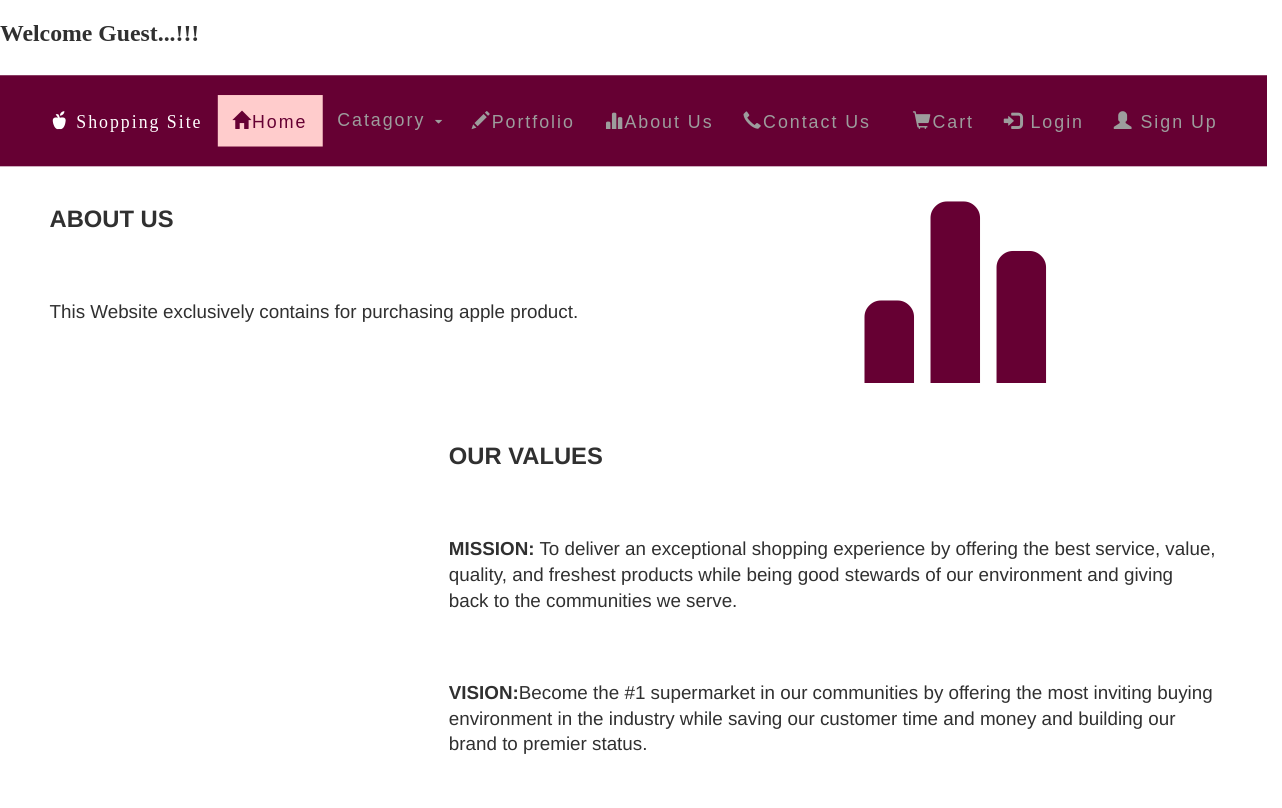
Repository: priyasuthakar/priya
Page: http://localhost/Apple/WEB-INF/views/about.jsp
These files come from the project's save history. The page is drawn as it stood at one moment and after the next save; the edit follows.
The browser window is 1280 px wide. The page is 1280 px wide, then 1295 px, so the pictures cover 1295 px, including what lies to the right of the window. The pictures show the whole page, at 99% of full size.
The page is served by Tomcat 9. Nobody is signed in. Other server files are loaded and not shown. The template is opened directly, without the code that normally fills it, so the values that code supplies are empty.

Above is the page before, as saved 2016-08-23 02:40:16.

### Apple/src/main/webapp/WEB-INF/views/about.jsp
<%@ page language="java" contentType="text/html; charset=ISO-8859-1"
	pageEncoding="ISO-8859-1"%>
<%@ taglib uri="http://java.sun.com/jsp/jstl/core" prefix="c"%>
<%@ taglib uri="http://www.springframework.org/tags" prefix="spring"%>
<%@ taglib uri="http://www.springframework.org/tags/form" prefix="form"%>
<%@ page session="false"%>
<%@page isELIgnored="false"%>
<%@include file="Header.jsp"%>
<!DOCTYPE html>
<html lang="en">
<head>
<title>My Shopping</title>
<meta charset="utf-8">
<meta name="viewport" content="width=device-width, initial-scale=1">
<link rel="stylesheet"
	href="http://maxcdn.bootstrapcdn.com/bootstrap/3.3.6/css/bootstrap.min.css">
<!-- <link href="http://fonts.googleapis.com/css?family=Montserrat"
	rel="stylesheet" type="text/css">
<link href="http://fonts.googleapis.com/css?family=Lato"
	rel="stylesheet" type="text/css">
 -->
<script
	src="https://ajax.googleapis.com/ajax/libs/jquery/1.12.4/jquery.min.js"></script>
<script
	src="http://maxcdn.bootstrapcdn.com/bootstrap/3.3.6/js/bootstrap.min.js"></script>
<style>
body {
	font: 400 15px Helvetica, sans-serif;
	line-height: 1.8;
	color: #818181;
}

h1 {
	font-size: 24px;
	color: #303030;
	font-weight: 600;
	margin-bottom: 30px;
	font-size: 24px;
}

h2 {
	font-size: 24px;
	text-transform: uppercase;
	color: #303030;
	font-weight: 600;
	margin-bottom: 30px;
}

h4 {
	font-size: 19px;
	line-height: 1.375em;
	color: #303030;
	font-weight: 400;
	margin-bottom: 30px;
}

.bg-grey {
	background-color: #FFCCCC;
	color: black;
	font-family: Montserrat, sans-serif;
}

.logo {
	color: #660033;
	font-size: 200px;
}

.thumbnail {
	padding: 0 0 15px 0;
	border: none;
	border-radius: 0;
}

.thumbnail img {
	width: 100%;
	height: 100%;
	margin-bottom: 10px;
}

.carousel-control.right, .carousel-control.left {
	background-image: none;
	color: #660033;
}

.carousel-indicators li {
	border-color: #660033;
}

.carousel-indicators li.active {
	background-color: #660033;
}

.carousel-inner>.item>img, .carousel-inner>.item>a>img {
	width: 250%;
	margin: auto;
}

.tales {
	width: 200%;
}

.carousel-inner {
	max-height: 600px !important;
}

.item h4 {
	font-size: 19px;
	line-height: 1.375em;
	font-weight: 400;
	font-style: italic;
	margin: 70px 0;
}

.item span {
	font-style: normal;
}

.container-fluid {
	padding: 20px 50px;
}

.navbar {
	margin-bottom: 0;
	background-color: #660033;
	z-index: 9999;
	border: 0;
	font-size: 18px !important;
	line-height: 1.42857143 !important;
	letter-spacing: 2px;
	border-radius: 0;
	font-family: Montserrat, sans-serif;
}

.navbar .navbar-brand {
	color: #FFFFFF !important;
}

.navbar .li a {
	color: #FFF !important;
}

.navbar-nav li a:hover, .navbar-nav li.active a {
	color: #660033 !important;
	background-color: #FFCCCC !important;
}

.navbar-default .navbar-toggle {
	border-color: transparent;
	color: #FFCCCC !important;
}

footer .glyphicon {
	font-size: 24px;
	margin-bottom: 20px;
	color: #660033;
}

.slideanim {
	visibility: hidden;
}

.slide {
	animation-name: slide;
	-webkit-animation-name: slide;
	animation-duration: 1s;
	-webkit-animation-duration: 1s;
	visibility: visible;
}

@media screen and (max-width: 768px) {
	.col-sm-4 {
		text-align: center;
		margin: 25px 0;
	}
	.btn-lg {
		width: 100%;
		margin-bottom: 35px;
	}
}

@media screen and (max-width: 480px) {
	.logo {
		font-size: 150px;
	}
}
</style>

</head>

<body>
<!-- Container (About Section) -->
	<div id="about" class="container-fluid">
		<div class="row">
			<div class="col-sm-8">
				<h2>About Us</h2>
				<br>
				<h4>
					<p>This Website exclusively contains for purchasing apple
						product.</p>
				</h4>
			</div>
			<div class="col-sm-4">
				<span class="glyphicon glyphicon-stats logo"></span>
			</div>
		</div>
	</div>

	<div class="container-fluid ">
		<div class="row">
			<div class="col-sm-4">
				<span class="glyphicon glyphicon-globe logo slideanim"></span>
			</div>
			<div class="col-sm-8">
				<h2>Our Values</h2>
				<br>
				<h4>
					<strong>MISSION:</strong> To deliver an exceptional shopping
					experience by offering the best service, value, quality, and
					freshest products while being good stewards of our environment and
					giving back to the communities we serve.
				</h4>
				<br>
				<h4>
					<strong>VISION:</strong>Become the #1 supermarket in our
					communities by offering the most inviting buying environment in the
					industry while saving our customer time and money and building our
					brand to premier status.
				</h4>
			</div>
		</div>
	</div>

	</body>
	</html>

### Apple/src/main/webapp/WEB-INF/views/Header.jsp
<%@ page language="java" contentType="text/html; charset=ISO-8859-1"
	pageEncoding="ISO-8859-1"%>
<%@ taglib uri="http://java.sun.com/jsp/jstl/core" prefix="c"%>
<!DOCTYPE html PUBLIC "-//W3C//DTD HTML 4.01 Transitional//EN" "http://www.w3.org/TR/html4/loose.dtd">
<html>
<head>
<meta http-equiv="Content-Type" content="text/html; charset=ISO-8859-1">
</head>
<body>
	<c:choose>
		<c:when test="${empty loggedInUser}">
			<font face="Harlow Solid Italic"><h1>Welcome Guest...!!!</h1></font>
		</c:when>
		<c:when test="${not empty loggedInUser}">
			<font face="Harlow Solid Italic"><h1>${loggedInUser}</h1></font>
		</c:when>
	</c:choose>
	<nav class="navbar navbar-inverse">
	<div class="container-fluid">
		<div class="navbar-header">
			<a class="navbar-brand"> <span class="glyphicon glyphicon-apple"></span>
				<font face="Script MT Bold"> Shopping Site </font>
			</a>
		</div>
		<ul class="nav navbar-nav">
			<li class="active"><a href="Home"><span
					class="glyphicon glyphicon-home"></span>Home</a></li>
			<li class="dropdown"><a class="dropdown-toggle"
				data-toggle="dropdown" href="#"> Catagory <span class="caret"></span></a>
				<ul class="dropdown-menu">
					<li><a href="product1">Desktop</a></li>
					<li><a href="product1">Laptop</a></li>
					<li><a href="product1">Iphone</a></li>
					<li><a href="product1">Ipad</a></li>
					<li><a href="product1">Ipod</a></li>
					<li><a href="product1">Accessories</a></li>
				</ul></li>
			<li><a href="portfolio"><span
					class="glyphicon glyphicon-pencil"></span>Portfolio</a></li>
			<li><a href="about"><span class="glyphicon glyphicon-stats"></span>About
					Us</a></li>
			<li><a href="contactus"><span
					class="glyphicon glyphicon-earphone"></span>Contact Us</a></li>
		</ul>
		<ul class="nav navbar-nav navbar-right">
			<li><a href="cart"><span
					class="glyphicon glyphicon-shopping-cart"></span>Cart</a></li>
			<c:choose>
				<c:when test="${empty loggedInUser}">
					<li><a href="login"><span
							class="glyphicon glyphicon-log-in"></span> Login</a></li>
					<li><a href="reg"><span class="glyphicon glyphicon-user"></span>
							Sign Up</a></li>
				</c:when>
				<c:when test="${not empty loggedInUser}">
					<li><a href="logout"><span
							class="glyphicon glyphicon-user"></span> Logout</a></li>
				</c:when>
			</c:choose>
		</ul>
	</div>
	</nav>
</body>
</html>

### Apple/src/main/webapp/WEB-INF/views/Footer.jsp
<%@ page language="java" contentType="text/html; charset=ISO-8859-1"
    pageEncoding="ISO-8859-1"%>
<!DOCTYPE html PUBLIC "-//W3C//DTD HTML 4.01 Transitional//EN" "http://www.w3.org/TR/html4/loose.dtd">
<html>
<head>
<meta http-equiv="Content-Type" content="text/html; charset=ISO-8859-1">
<title>footer</title>
</head>
<body>
<nav>
<ul class="nav navbar-nav navbar-right">
<footer class="container-fluid bg-4 text-center">
  <font face="Harlow Solid Italic" color="#FFFFF"><h1>Copyright (C) 2015-2016 by shoppingsite.com </h1></font>
</footer>
</ul>
</nav>
</body>
</html>

After the next save:
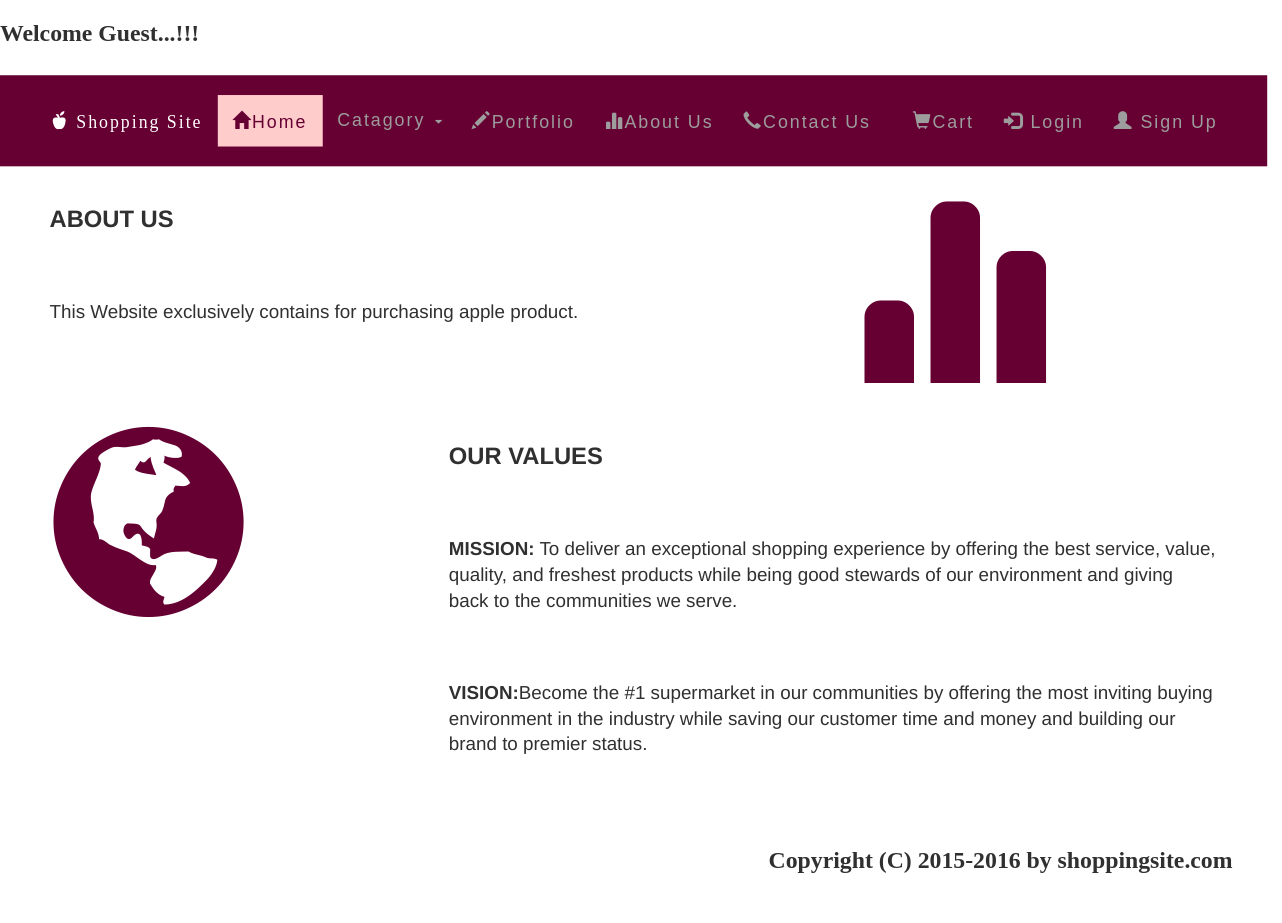
Saved 34 s later.
--- a/Apple/src/main/webapp/WEB-INF/views/about.jsp
+++ b/Apple/src/main/webapp/WEB-INF/views/about.jsp
@@ -229,6 +229,45 @@ footer .glyphicon {
 			</div>
 		</div>
 	</div>
+<script>
+		$(document).ready(
+				function() {
+					// Add smooth scrolling to all links in navbar + footer link
+					$(".navbar a, footer a[href='#myPage']").on('click',
+							function(event) {
+								// Make sure this.hash has a value before overriding default behavior
+								if (this.hash !== "") {
+									// Prevent default anchor click behavior
+									event.preventDefault();
+
+									// Store hash
+									var hash = this.hash;
+
+									// Using jQuery's animate() method to add smooth page scroll
+									// The optional number (900) specifies the number of milliseconds it takes to scroll to the specified area
+									$('html, body').animate({
+										scrollTop : $(hash).offset().top
+									}, 900, function() {
+
+										// Add hash (#) to URL when done scrolling (default click behavior)
+										window.location.hash = hash;
+									});
+								} // End if
+							});
+
+					$(window).scroll(function() {
+						$(".slideanim").each(function() {
+							var pos = $(this).offset().top;
+
+							var winTop = $(window).scrollTop();
+							if (pos < winTop + 600) {
+								$(this).addClass("slide");
+							}
+						});
+					});
+				})
+	</script>
+	<%@include file="Footer.jsp"%>
 
 	</body>
 	</html>
